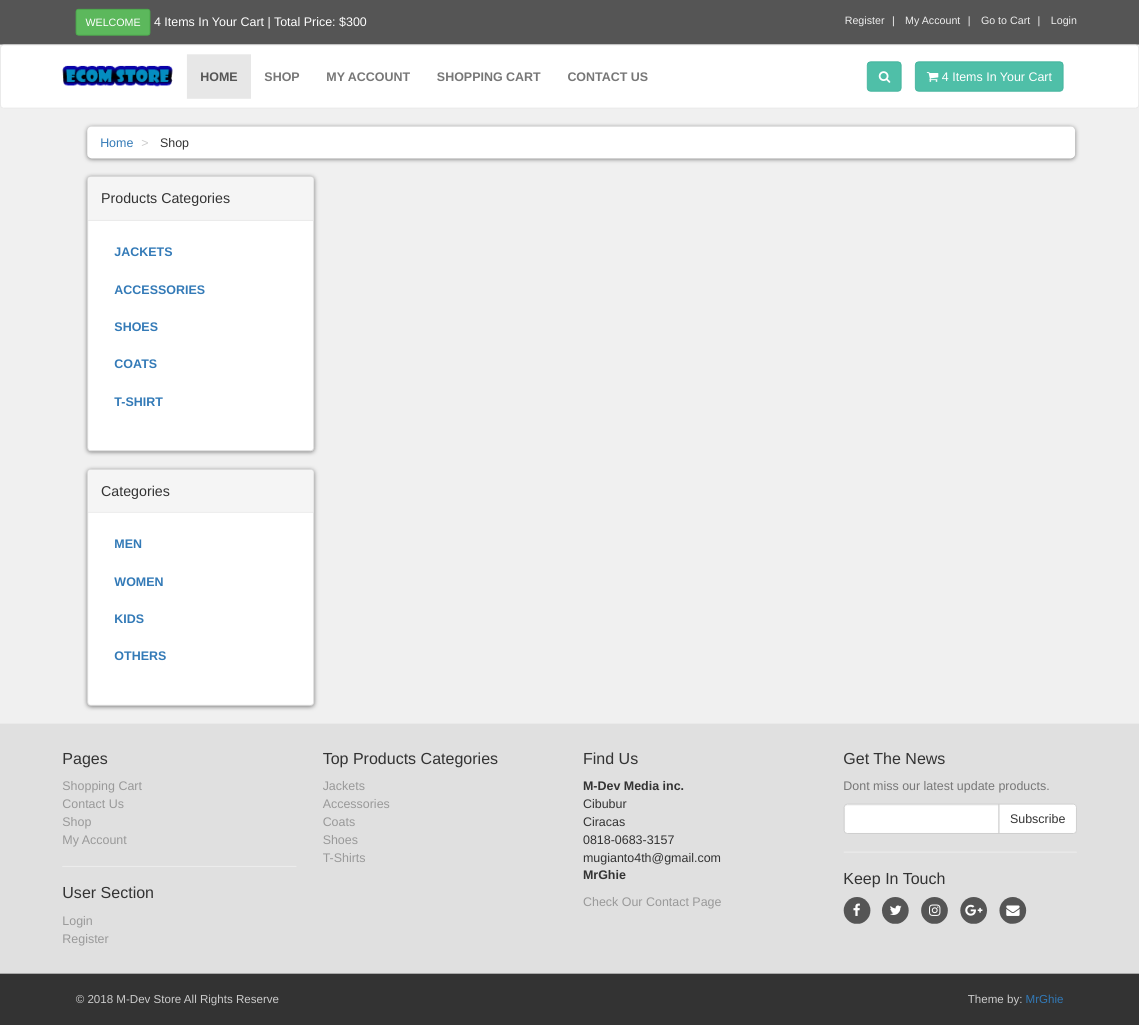
Repository: truonghuynhquy/M_Dev_Store
Page: http://localhost/details.php
The author's editor kept a copy of each file at every save. The page is drawn from the files as they stood at one save, then again after the next save.
The browser window is 1280 px wide. The pictures show the whole page, at 89% of full size.
The page is run by PHP 8.4 with error messages shown; the project is at /var/www/html/.

Above is the page before, as saved 2022-09-26 00:22:05.
Console error: TypeError: Cannot read properties of undefined (reading 'offsetWidth')

After the next save:
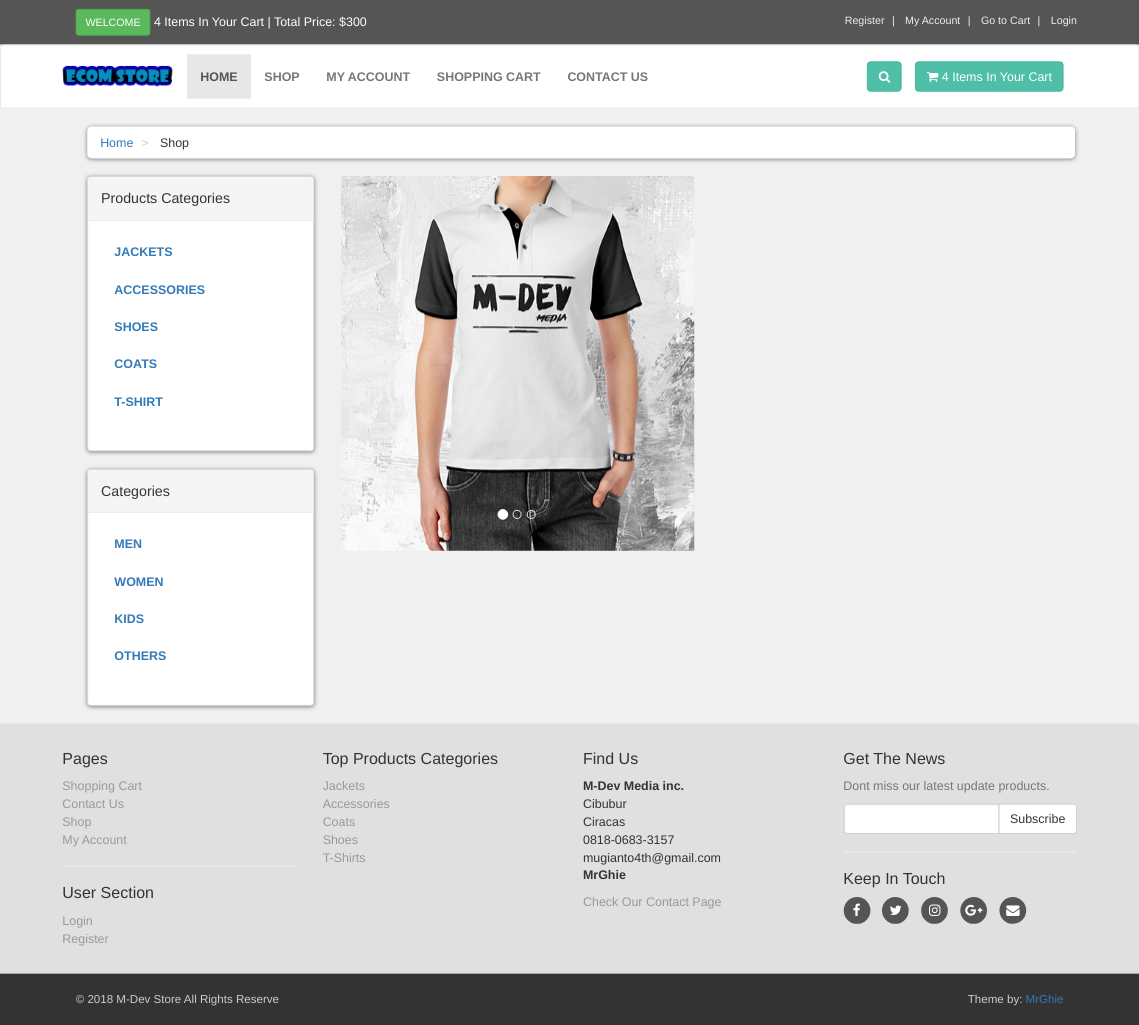
The error is gone.
Saved 3 min 21 s later.
--- a/details.php
+++ b/details.php
@@ -226,6 +226,12 @@
 
                                 </ol><!-- carousel-indicators Finish -->
 
+                                <div class="carousel-inner">
+                                    <div class="item active">
+                                        <center><img class="img-responsive" src="admin_area/product_images/Product-3a.jpg" alt="Product 3-a"></center>
+                                    </div>
+                                </div>
+
                             </div><!-- carousel slide Finish -->
 
                         </div>
